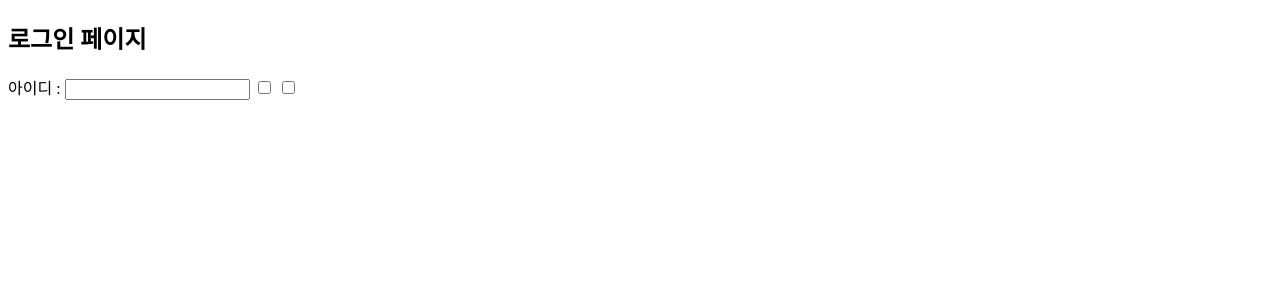
Repository: SteelIndustry/neo
Page: http://localhost/HelloWorld/04Cookie/IdSaveMain.jsp
The author's editor kept a copy of each file at every save. The page is drawn from the files as they stood at one save, then again after the next save.
The browser window is 1280 px wide. The pictures show the whole page.
The page is served by Tomcat 9. Other server files are loaded and not shown.

Above is the page before, as saved 2022-09-05 08:08:23.

### WebJSP/HelloWorld/WebContent/04Cookie/IdSaveMain.jsp
<%@page import="utils.CookieManager"%>
<%@ page language="java" contentType="text/html; charset=UTF-8"
    pageEncoding="UTF-8"
    trimDirectiveWhitespaces="true"%>

<%
String loginId = CookieManager.readCookie(request, "loginId");

String cookieCheck = "";
if (!loginId.equals(""))
{
	cookieCheck = "checked";
}
%>

<!DOCTYPE html>
<html>
<head>
<meta charset="UTF-8">
<title>Cookie - 아이디 저장하기</title>
</head>
<body>

	<h2>로그인 페이지</h2>
	<form action="IdSaveProcess.jsp" method="post">
	아이디 : <input type="text" name="user_id" value="<%=loginId%>" />
	<input type="checkbox" name="save_check" value="Y" <%=cookieCheck %>/>
	<input type="checkbox" >
	</form>

</body>
</html>

### WebJSP/HelloWorld/src/utils/CookieManager.java
package utils;

import javax.servlet.http.Cookie;
import javax.servlet.http.HttpServletRequest;
import javax.servlet.http.HttpServletResponse;

public class CookieManager {

	public static void makeCookie(HttpServletResponse response, String cName, String cValue, int cTime)
	{
		Cookie cookie = new Cookie(cName, cValue);
		cookie.setPath("/");
		cookie.setMaxAge(cTime);
		response.addCookie(cookie);
	}

	public static String readCookie(HttpServletRequest request, String cName)
	{
		String cookieValue = "";

		Cookie[] cookies = request.getCookies();

		if (cookies != null)
		{
			for (Cookie c : cookies)
			{
				String cookieName = c.getName();
				if (cookieName.equals(cName))
				{
					cookieValue = c.getValue();
				}
			}
		}
		return cookieValue;
	}

	public static void deleteCookie(HttpServletResponse response, String cName)
	{
		makeCookie(response, cName, "", 0);
	}
}

After the next save:
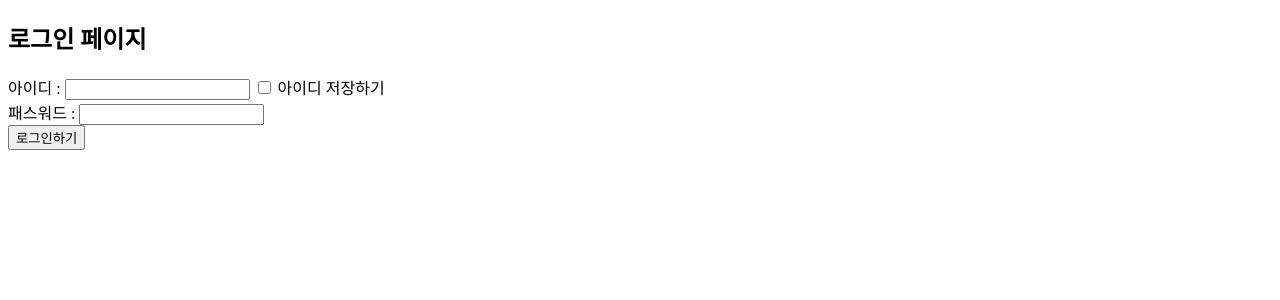
Saved 51 s later.
--- a/WebJSP/HelloWorld/WebContent/04Cookie/IdSaveMain.jsp
+++ b/WebJSP/HelloWorld/WebContent/04Cookie/IdSaveMain.jsp
@@ -25,8 +25,11 @@ if (!loginId.equals(""))
 	<form action="IdSaveProcess.jsp" method="post">
 	아이디 : <input type="text" name="user_id" value="<%=loginId%>" />
 	<input type="checkbox" name="save_check" value="Y" <%=cookieCheck %>/>
-	<input type="checkbox" >
+	아이디 저장하기
+	<br />
+	패스워드 : <input type="text" name="user_pw" />
+	<br />
+	<input type="submit" value="로그인하기" />
 	</form>
-
 </body>
 </html>
